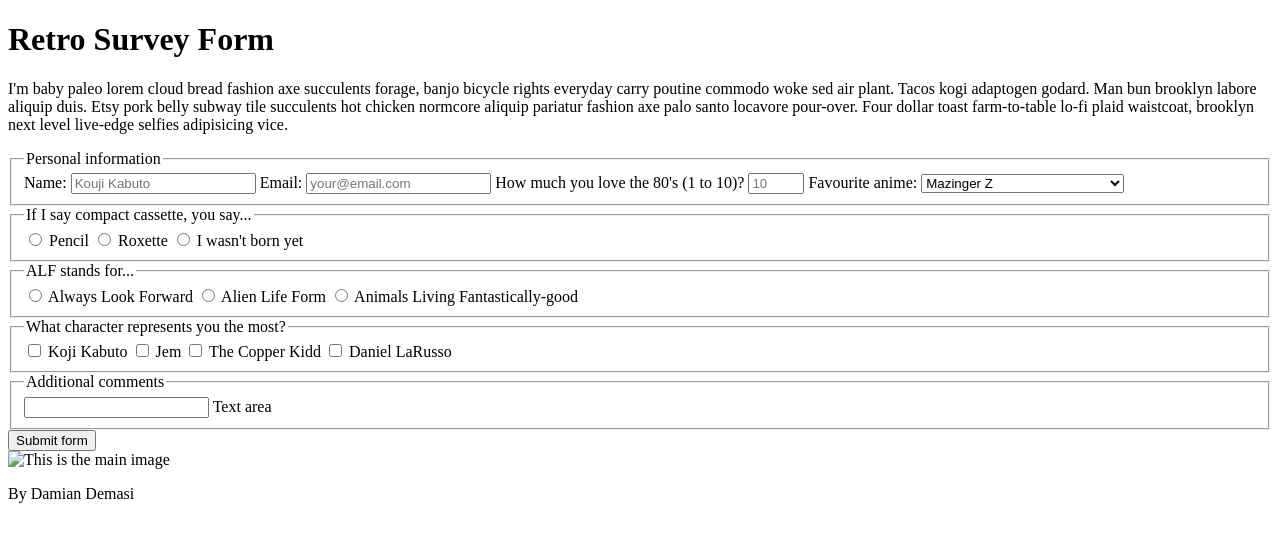
Repository: Colo-Codes/freecodecamp-02-Build-a-Survey-Form
Page: index.html
An editor plug-in stored every save of this project. The page is shown before and after the next save, followed by the edit.
The browser window is 1280 px wide. The pictures show the whole page.

Above is the page before, as saved 2021-05-18 12:48:07.

After the next save:
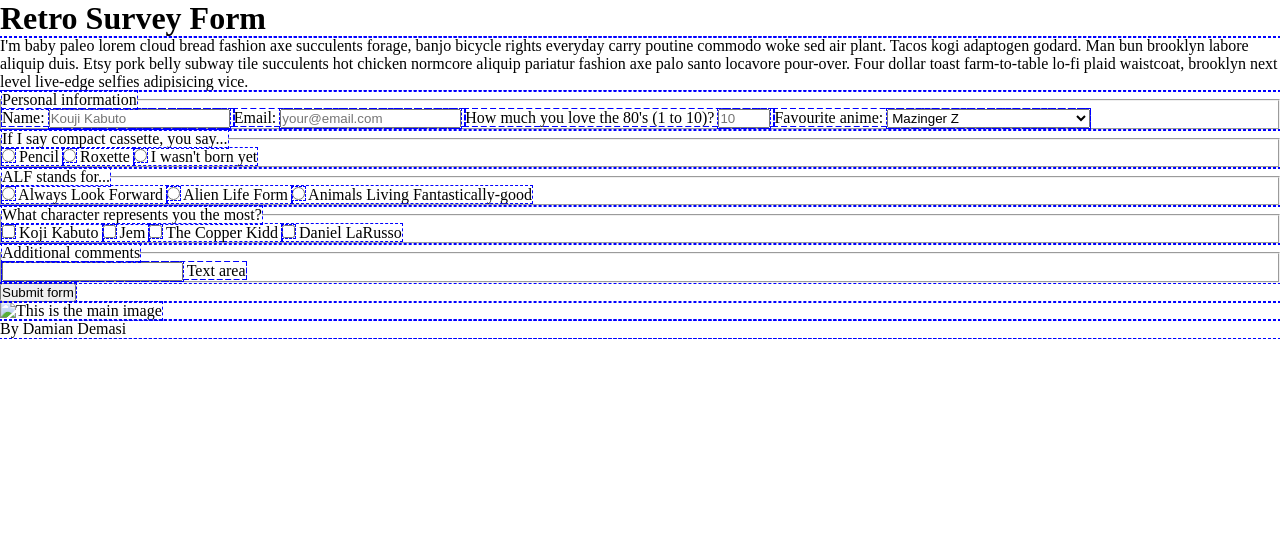
Saved 22 s later.
--- a/index.html
+++ b/index.html
@@ -5,6 +5,7 @@
     <meta charset="UTF-8">
     <meta http-equiv="X-UA-Compatible" content="IE=edge">
     <meta name="viewport" content="width=device-width, initial-scale=1.0">
+    <link rel="stylesheet" href="./resources/css/index.css" type="text/css">
     <title>Retro Survey Form</title>
 </head>
 
